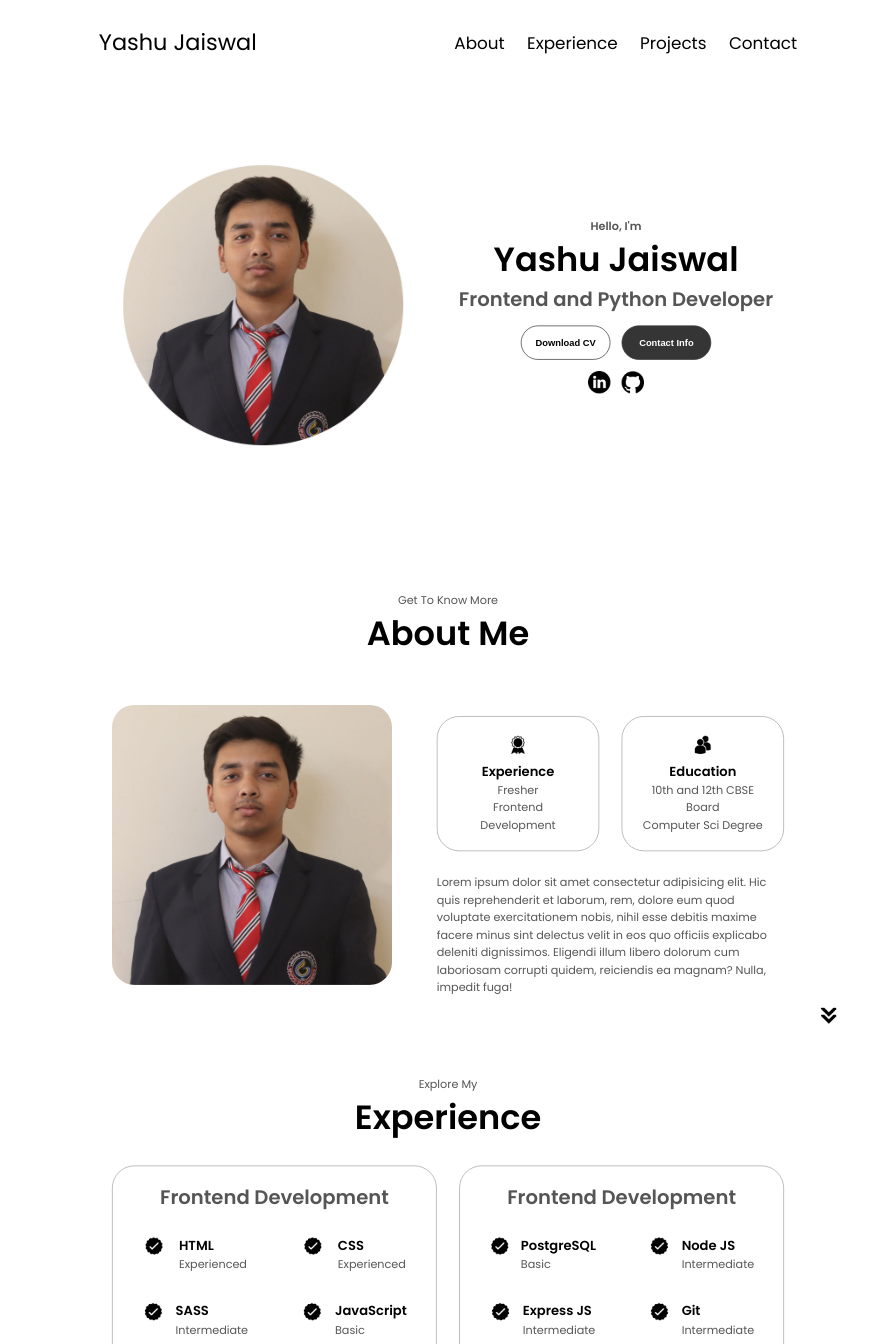
Repository: lastking001/html-css-js-portfolio
Page: index.html
The author's editor kept a copy of each file at every save. The page is drawn from the files as they stood at one save, then again after the next save.
The browser window is 1280 px wide. The pictures show the part of the page from y = 0 to 1920 px (the page is 4425 px tall), at 70% of full size.

Above is the page before, as saved 2024-07-21 15:51:22.

After the next save:
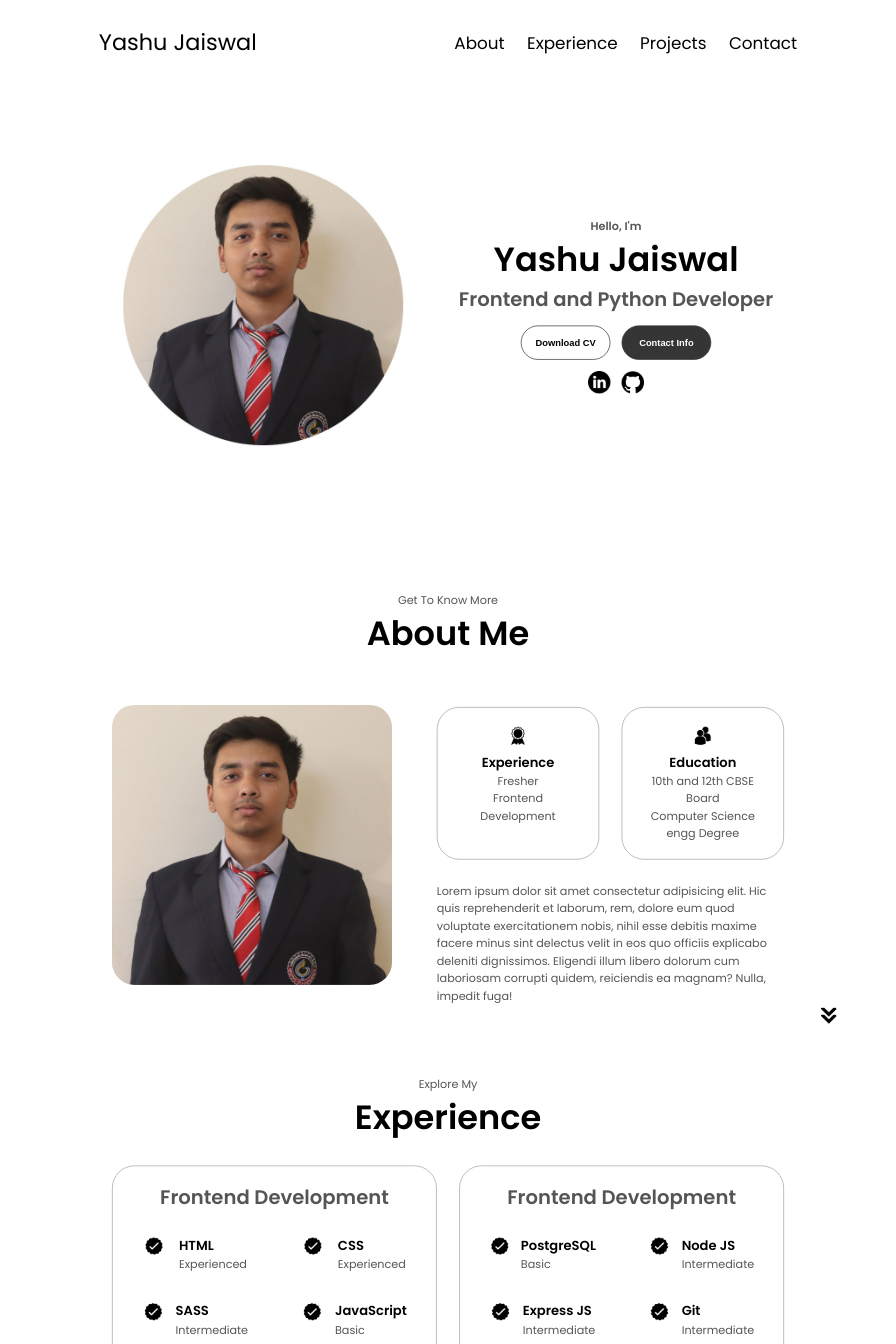
Saved 4 s later.
--- a/index.html
+++ b/index.html
@@ -99,7 +99,7 @@
                 class="icon"
               />
               <h3>Education</h3>
-              <p>10th and 12th CBSE Board<br />Computer Sci Degree</p>
+              <p>10th and 12th CBSE Board<br />Computer Science engg Degree</p>
             </div>
           </div>
           <div class="text-container">
